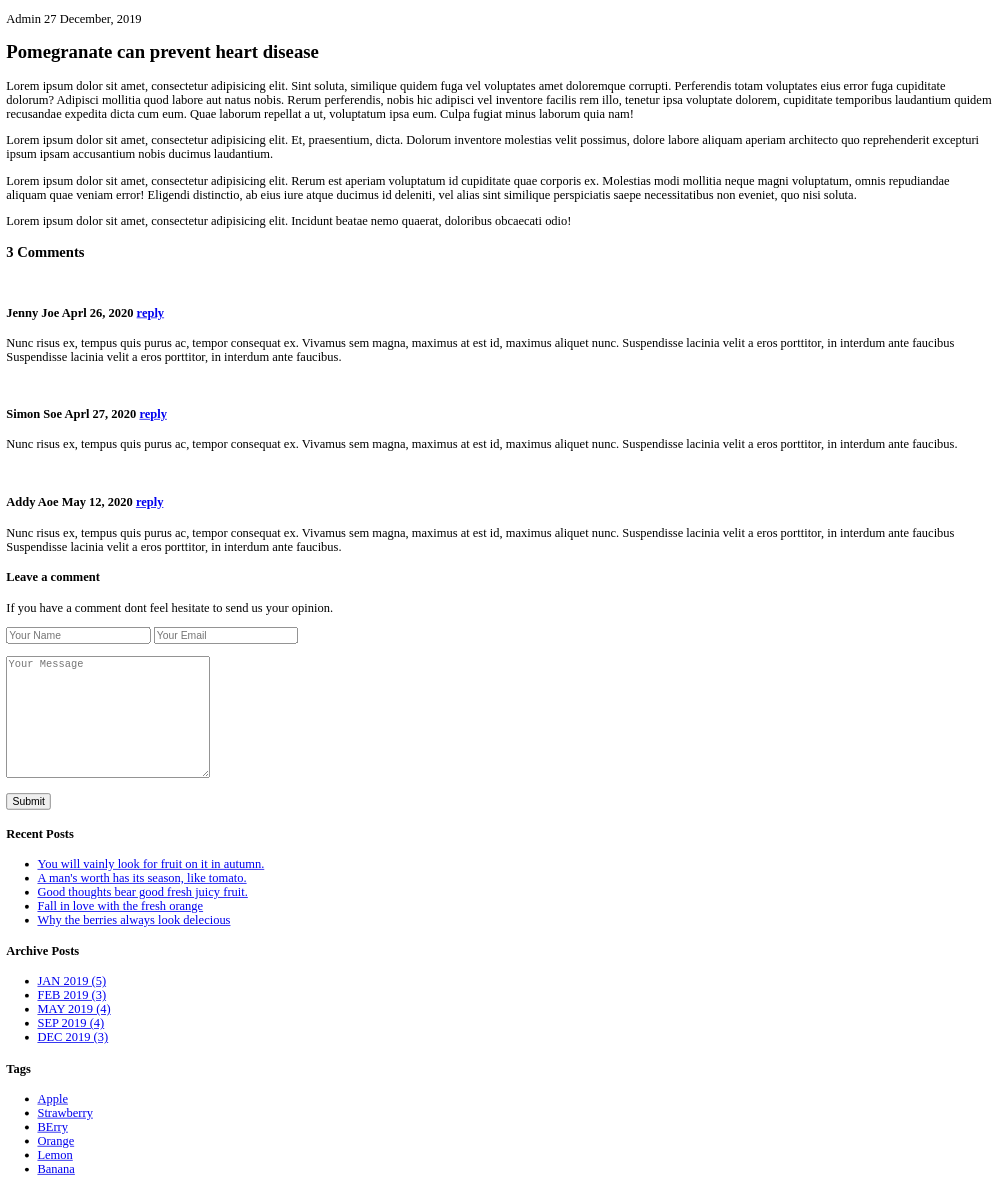
Repository: minhtu5502/Java5
Page: src/main/resources/templates/user/content/itemPage.html
These files come from the project's save history. The page is drawn as it stood at one moment and after a run of saves; the edit follows.
The browser window is 1280 px wide. The pictures show the whole page, at 78% of full size.

Above is the page before, as saved 2022-06-13 15:50:11.
Not found: src/main/resources/templates/user/content/assets/img/avaters/avatar1.png
Not found: src/main/resources/templates/user/content/assets/img/avaters/avatar2.png
Not found: src/main/resources/templates/user/content/assets/img/avaters/avatar3.png

### src/main/resources/templates/user/content/itemPage.html
<!DOCTYPE html>
<html xmlns:th="http://www.thymeleaf.org"
      xmlns:layout="http://www.utraq.net.nz/thymeleaf/layout" lang="en">
<head>
    <meta charset="UTF-8">
    <meta http-equiv="X-UA-Compatible" content="IE=edge">
    <meta name="viewport" content="width=device-width, initial-scale=1.0">
    <title>Document</title>
</head>
<body>
    <main class="mt-5 pt-4" th:fragment = "page">
      <div class="mt-150 mb-150">
        <div class="container">
          <div class="row">
            <div class="col-lg-8">
              <div class="single-article-section">
                <div class="single-article-text">
                  <div class="single-artcile-bg"></div>
                  <p class="blog-meta">
                    <span class="author"><i class="fas fa-user"></i> Admin</span>
                    <span class="date"><i class="fas fa-calendar"></i> 27 December, 2019</span>
                  </p>
                  <h2>Pomegranate can prevent heart disease</h2>
                  <p>Lorem ipsum dolor sit amet, consectetur adipisicing elit. Sint soluta, similique quidem fuga vel voluptates amet doloremque corrupti. Perferendis totam voluptates eius error fuga cupiditate dolorum? Adipisci mollitia quod labore aut natus nobis. Rerum perferendis, nobis hic adipisci vel inventore facilis rem illo, tenetur ipsa voluptate dolorem, cupiditate temporibus laudantium quidem recusandae expedita dicta cum eum. Quae laborum repellat a ut, voluptatum ipsa eum. Culpa fugiat minus laborum quia nam!</p>
                  <p>Lorem ipsum dolor sit amet, consectetur adipisicing elit. Et, praesentium, dicta. Dolorum inventore molestias velit possimus, dolore labore aliquam aperiam architecto quo reprehenderit excepturi ipsum ipsam accusantium nobis ducimus laudantium.</p>
                  <p>Lorem ipsum dolor sit amet, consectetur adipisicing elit. Rerum est aperiam voluptatum id cupiditate quae corporis ex. Molestias modi mollitia neque magni voluptatum, omnis repudiandae aliquam quae veniam error! Eligendi distinctio, ab eius iure atque ducimus id deleniti, vel alias sint similique perspiciatis saepe necessitatibus non eveniet, quo nisi soluta.</p>
                  <p>Lorem ipsum dolor sit amet, consectetur adipisicing elit. Incidunt beatae nemo quaerat, doloribus obcaecati odio!</p>
                </div>

                <div class="comments-list-wrap">
                  <h3 class="comment-count-title">3 Comments</h3>
                  <div class="comment-list">
                    <div class="single-comment-body">
                      <div class="comment-user-avater">
                        <img src="assets/img/avaters/avatar1.png" alt="">
                      </div>
                      <div class="comment-text-body">
                        <h4>Jenny Joe <span class="comment-date">Aprl 26, 2020</span> <a href="#">reply</a></h4>
                        <p>Nunc risus ex, tempus quis purus ac, tempor consequat ex. Vivamus sem magna, maximus at est id, maximus aliquet nunc. Suspendisse lacinia velit a eros porttitor, in interdum ante faucibus Suspendisse lacinia velit a eros porttitor, in interdum ante faucibus.</p>
                      </div>
                      <div class="single-comment-body child">
                        <div class="comment-user-avater">
                          <img src="assets/img/avaters/avatar3.png" alt="">
                        </div>
                        <div class="comment-text-body">
                          <h4>Simon Soe <span class="comment-date">Aprl 27, 2020</span> <a href="#">reply</a></h4>
                          <p>Nunc risus ex, tempus quis purus ac, tempor consequat ex. Vivamus sem magna, maximus at est id, maximus aliquet nunc. Suspendisse lacinia velit a eros porttitor, in interdum ante faucibus.</p>
                        </div>
                      </div>
                    </div>
                    <div class="single-comment-body">
                      <div class="comment-user-avater">
                        <img src="assets/img/avaters/avatar2.png" alt="">
                      </div>
                      <div class="comment-text-body">
                        <h4>Addy Aoe <span class="comment-date">May 12, 2020</span> <a href="#">reply</a></h4>
                        <p>Nunc risus ex, tempus quis purus ac, tempor consequat ex. Vivamus sem magna, maximus at est id, maximus aliquet nunc. Suspendisse lacinia velit a eros porttitor, in interdum ante faucibus Suspendisse lacinia velit a eros porttitor, in interdum ante faucibus.</p>
                      </div>
                    </div>
                  </div>
                </div>

                <div class="comment-template">
                  <h4>Leave a comment</h4>
                  <p>If you have a comment dont feel hesitate to send us your opinion.</p>
                  <form action="index.html">
                    <p>
                      <input type="text" placeholder="Your Name">
                      <input type="email" placeholder="Your Email">
                    </p>
                    <p><textarea name="comment" id="comment" cols="30" rows="10" placeholder="Your Message"></textarea></p>
                    <p><input type="submit" value="Submit"></p>
                  </form>
                </div>
              </div>
            </div>
            <div class="col-lg-4">
              <div class="sidebar-section">
                <div class="recent-posts">
                  <h4>Recent Posts</h4>
                  <ul>
                    <li><a href="single-news.html">You will vainly look for fruit on it in autumn.</a></li>
                    <li><a href="single-news.html">A man's worth has its season, like tomato.</a></li>
                    <li><a href="single-news.html">Good thoughts bear good fresh juicy fruit.</a></li>
                    <li><a href="single-news.html">Fall in love with the fresh orange</a></li>
                    <li><a href="single-news.html">Why the berries always look delecious</a></li>
                  </ul>
                </div>
                <div class="archive-posts">
                  <h4>Archive Posts</h4>
                  <ul>
                    <li><a href="single-news.html">JAN 2019 (5)</a></li>
                    <li><a href="single-news.html">FEB 2019 (3)</a></li>
                    <li><a href="single-news.html">MAY 2019 (4)</a></li>
                    <li><a href="single-news.html">SEP 2019 (4)</a></li>
                    <li><a href="single-news.html">DEC 2019 (3)</a></li>
                  </ul>
                </div>
                <div class="tag-section">
                  <h4>Tags</h4>
                  <ul>
                    <li><a href="single-news.html">Apple</a></li>
                    <li><a href="single-news.html">Strawberry</a></li>
                    <li><a href="single-news.html">BErry</a></li>
                    <li><a href="single-news.html">Orange</a></li>
                    <li><a href="single-news.html">Lemon</a></li>
                    <li><a href="single-news.html">Banana</a></li>
                  </ul>
                </div>
              </div>
            </div>
          </div>
        </div>
      </div>
      </main>
      <!--Main layout-->
</body>
</html>

After the next 2 saves:
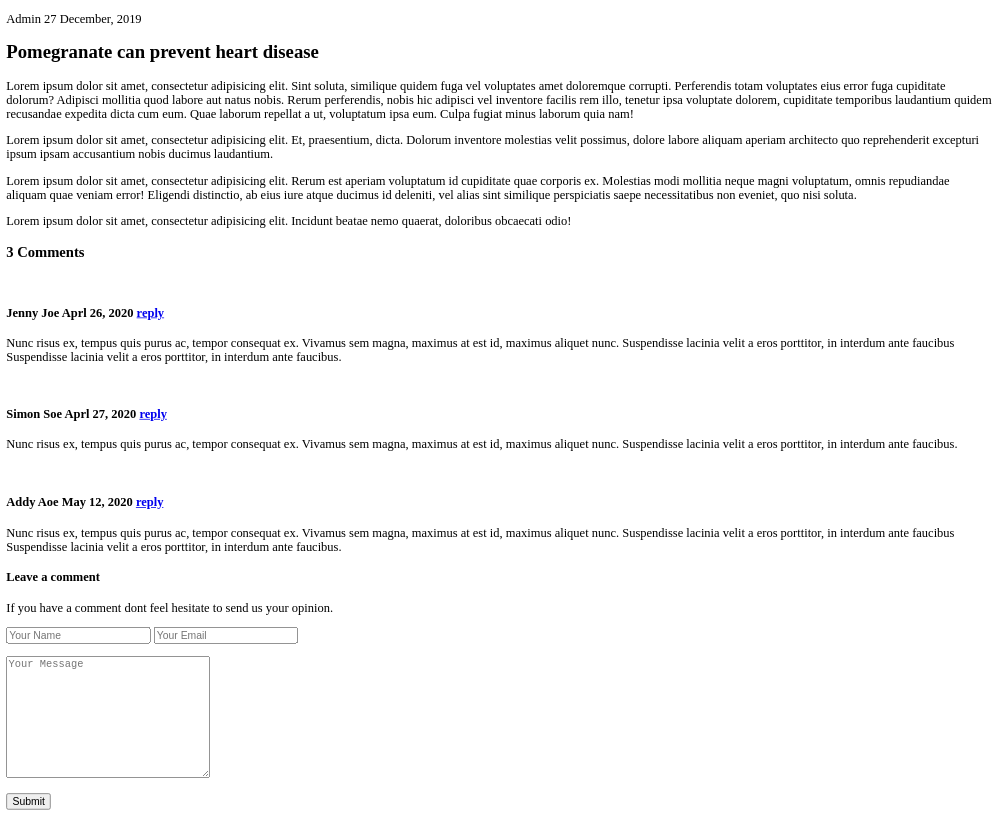
The 2 saves are shown as one change because they came seconds apart.
The last was saved 31 s later.
--- a/src/main/resources/templates/user/content/itemPage.html
+++ b/src/main/resources/templates/user/content/itemPage.html
@@ -74,42 +74,7 @@
                 </div>
               </div>
             </div>
-            <div class="col-lg-4">
-              <div class="sidebar-section">
-                <div class="recent-posts">
-                  <h4>Recent Posts</h4>
-                  <ul>
-                    <li><a href="single-news.html">You will vainly look for fruit on it in autumn.</a></li>
-                    <li><a href="single-news.html">A man's worth has its season, like tomato.</a></li>
-                    <li><a href="single-news.html">Good thoughts bear good fresh juicy fruit.</a></li>
-                    <li><a href="single-news.html">Fall in love with the fresh orange</a></li>
-                    <li><a href="single-news.html">Why the berries always look delecious</a></li>
-                  </ul>
-                </div>
-                <div class="archive-posts">
-                  <h4>Archive Posts</h4>
-                  <ul>
-                    <li><a href="single-news.html">JAN 2019 (5)</a></li>
-                    <li><a href="single-news.html">FEB 2019 (3)</a></li>
-                    <li><a href="single-news.html">MAY 2019 (4)</a></li>
-                    <li><a href="single-news.html">SEP 2019 (4)</a></li>
-                    <li><a href="single-news.html">DEC 2019 (3)</a></li>
-                  </ul>
-                </div>
-                <div class="tag-section">
-                  <h4>Tags</h4>
-                  <ul>
-                    <li><a href="single-news.html">Apple</a></li>
-                    <li><a href="single-news.html">Strawberry</a></li>
-                    <li><a href="single-news.html">BErry</a></li>
-                    <li><a href="single-news.html">Orange</a></li>
-                    <li><a href="single-news.html">Lemon</a></li>
-                    <li><a href="single-news.html">Banana</a></li>
-                  </ul>
-                </div>
-              </div>
-            </div>
-          </div>
+
         </div>
       </div>
       </main>
